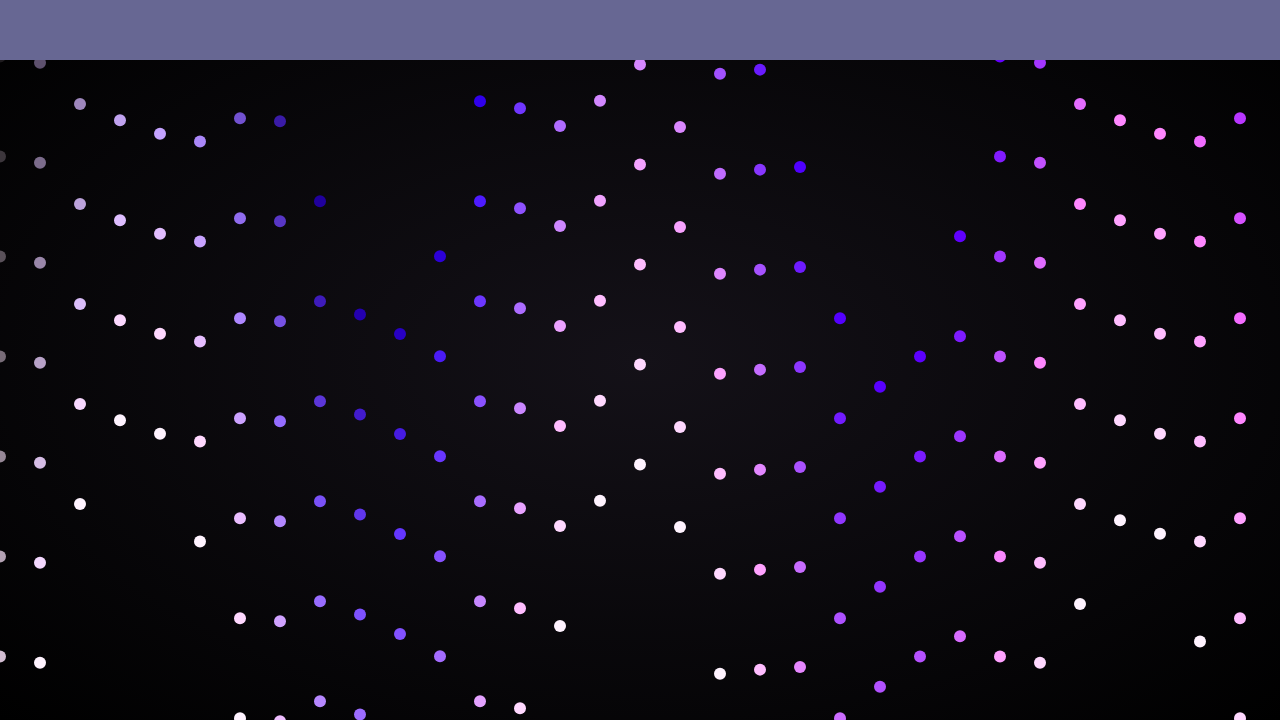
Repository: Iban-del/ProjetBacIban
Page: index.html
These files come from the project's save history. The page is drawn as it stood at one moment and after the next save; the edit follows.
The browser window is 1280 px wide. The pictures show the whole page.

Above is the page before, as saved 2025-02-19 19:19:23.

### index.html
<!DOCTYPE html>
<html lang="fr">
<head>
    <meta charset="UTF-8">
    <meta name="viewport" content="width=device-width, initial-scale=1.0">
    <link rel="icon" type="image/x-icon" href="./image/image.png">
    <link rel="stylesheet" href="./css/index.css">
    <title>Iban</title>
    <script src="./js/background.js" type="module"></script>
    <canvas id="canvas-background"></canvas>
</head>
<body>
    <nav class="navBar"></nav>

</body>
</html>

### css/index.css
html,body{
    margin: 0px;
    overflow-x: clip;
    display: flex;
}

.navBar{
    height: 60px;
    width: 100%;
    position: fixed;
    background-color: rgb(103, 103, 147);
    z-index: 1;
    display: flex;
    justify-content: end;
    align-items: center;
    color: white;
}

.background-canvas{
    overflow-x: clip;
    background:radial-gradient(rgb(50, 50, 71), rgb(0, 0, 0));
    z-index: 10;
    position: fixed;
}

### js/background.js
/**
 * création du fond du site
 */

//constante avec les couleur des composant
const darkColor ={
    backgrounds1:"#000",
    backgrounds2:"#141118",
};

//constante avec les couleur des composant
const lightColor ={
    backgrounds1:"#FDFCFE",
    backgrounds2:"#FAF8FD",
};


/**
 * fonction qui permet de géré le fond par default en cas d'érreur
 */
function defaultBackground(){

    const body = document.querySelector("body");

    if(body instanceof HTMLBodyElement){
        body.style.backgroundColor = darkColor.backgrounds2;
    }

}


/**
 * cette fonction permet d'attribué le style au canvas
 */
function canvasStyle(canvas){

    if(canvas instanceof HTMLCanvasElement){

        canvas.height = window.innerHeight;
        canvas.width = window.innerWidth;
        canvas.style.background = "radial-gradient("+darkColor.backgrounds2+","+darkColor.backgrounds1+")";

        return;
    }

    throw new Error("Canvas n'est pas de type HTMLCanvasElement ");

}

/**
 * fonction de création d'une vague
 */
function vague(x,A){

    const lambda = 0.002;//longueur d'onde
    const k = lambda*2*Math.PI; //nombre oscilation
    const phi = 3;//décalage
    return A*Math.sin(k*x+phi);
}


/**
 * affichage de la vague
 * @param CanvasRenderingContext2D  ctx
 */
function drawVague(ctx,canvas,A,steep){

    if(ctx instanceof CanvasRenderingContext2D){
        ctx.clearRect(0, 0, canvas.width, canvas.height);
        let color =0;
        for(let t = -100;t < window.innerHeight+100;t+= 100){

            for(let i = 0 ;i < window.innerWidth;i+=40){
                let x = i
                let y = vague(x,A)+(t)+(x*0.1);
                // ctx.beginPath();
                // ctx.lineTo(x,y)
                // ctx.moveTo(x,y)
                ctx.beginPath();
                ctx.fillStyle=`rgb(${color+(i*.1)},${color*0.9},${color+(i*.49)})`;
                ctx.arc(x,y,6,0,Math.PI*2,true)
                ctx.fill();

            }
            color+=30;
        }


        if(A >100){

            steep =1;

        }else if(A < 10){
            steep = -1;
        }
        A+= steep;
        // Demander la prochaine frame
        requestAnimationFrame(() => drawVague(ctx, canvas, A, steep));

    }


}

/**
 * fonction pour annimer le fond
 */
function animateBackground(ctx,canvas,A){

    let steep = 1;
    drawVague(ctx,canvas,A,steep)



    //requestAnimationFrame(animateBackground(ctx,A+steep));

}


/**
 * fonction d'initialisation du fond
 */
function init(){
    //récupération des élémentcanvas
    const canvas = document.querySelector("canvas");

    if(canvas instanceof HTMLCanvasElement){

        const ctx = canvas.getContext('2d');

        canvasStyle(canvas);
        animateBackground(ctx,canvas,100)

    }
}

try{

    init()

}catch(error){

    console.log(error)
    defaultBackground()
}

After the next save:
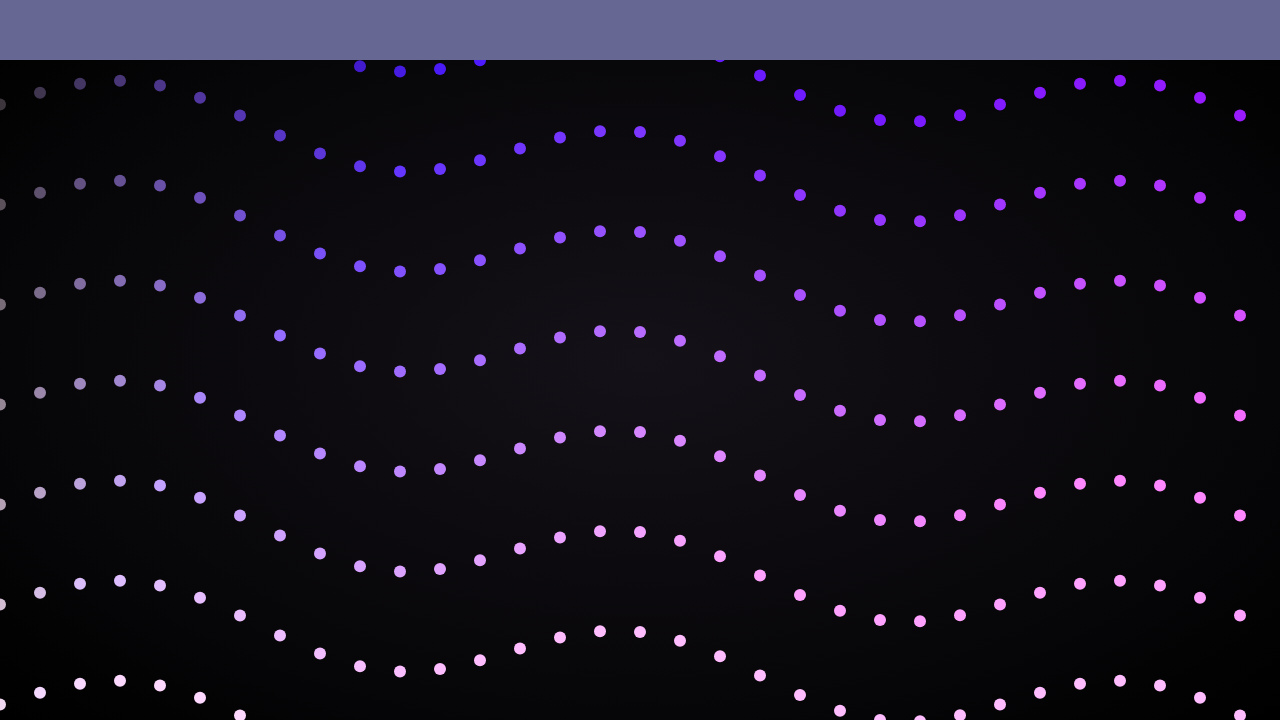
Saved 9 s later.
--- a/js/background.js
+++ b/js/background.js
@@ -88,10 +88,10 @@ function drawVague(ctx,canvas,A,steep){
 
         if(A >100){
 
-            steep =1;
+            steep =-1;
 
         }else if(A < 10){
-            steep = -1;
+            steep = 1;
         }
         A+= steep;
         // Demander la prochaine frame
